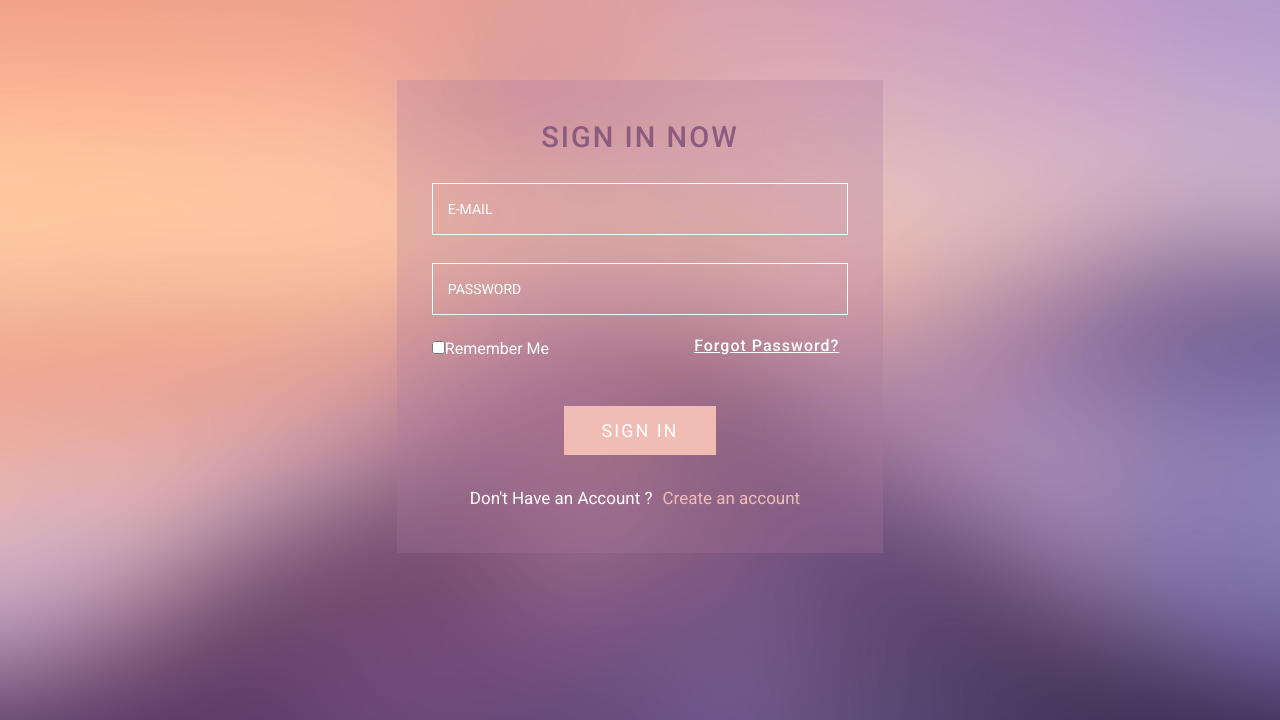
Repository: leysi0/Finanzas_pagina_web
Page: FinanzasPagina/src/main/resources/static/login.html
The author's editor kept a copy of each file at every save. The page is drawn from the files as they stood at one save, then again after the next save.
The browser window is 1280 px wide. The pictures show the whole page.

Above is the page before, as saved 2020-11-13 18:49:30.

After the next save:
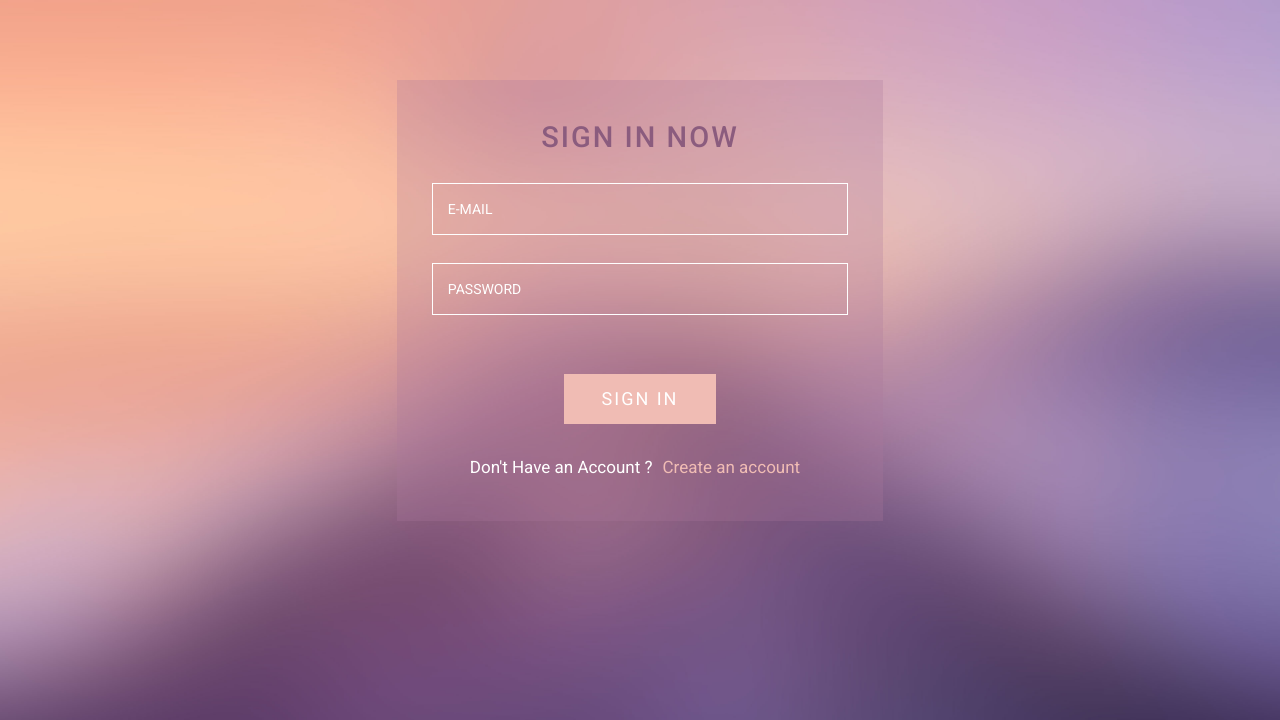
Saved 18 h 37 min later.
--- a/FinanzasPagina/src/main/resources/static/login.html
+++ b/FinanzasPagina/src/main/resources/static/login.html
@@ -33,9 +33,7 @@ Smartphone Compatible web template, free webdesigns for Nokia, Samsung, LG, Sony
 		<form action="#" method="post">
 			<input type="email" class="ggg" name="Email" placeholder="E-MAIL" required="">
 			<input type="password" class="ggg" name="Password" placeholder="PASSWORD" required="">
-			<span><input type="checkbox" />Remember Me</span>
-			<h6><a href="#">Forgot Password?</a></h6>
-				<div class="clearfix"></div>
+					<div class="clearfix"></div>
 				<input type="submit" value="Sign In" name="login">
 		</form>
 		<p>Don't Have an Account ?<a href="registration.html">Create an account</a></p>
